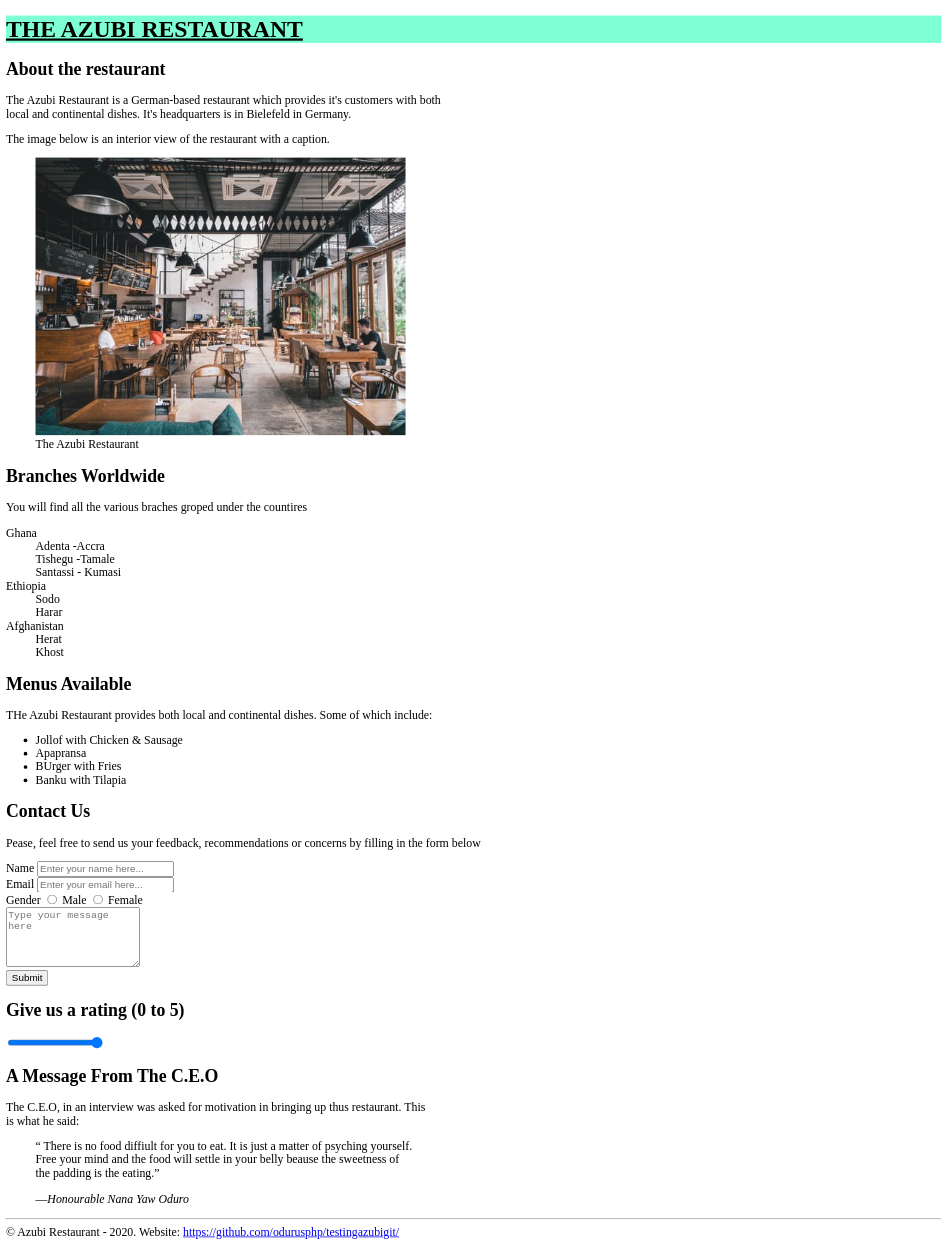
Repository: odurusphp/testingazubigit
Page: Fortune/FortunatusWulnye.html
These files come from the project's save history. The page is drawn as it stood at one moment and after the next save; the edit follows.
The browser window is 1280 px wide. The pictures show the whole page, at 74% of full size.

Above is the page before, as saved 2020-08-02 10:44:19.

### Fortune/FortunatusWulnye.html
<!--COMMENTS THAT ARE MINE ARE WRITTEN IN CAPITAL LETTERS-->
<!--THE GENERAL STRUCTURE OF THE PAGE IS GOOD WITH THE INDENTATION TOO-->
<!--THE CLASSES THAT YOU IMPLEMENTED TOO ARE GREAT KEEP IT UP-->
<!DOCTYPE html>
<html lang="en">
  <head>

    <meta charset="UTF-8" />
    <meta name="viewport" content="width=device-width, initial-scale=1.0" />
    <title>The Azubi Restaurant</title>
    <meta name="descrition" content="A website for Azubi restaurant">
    <meta name="author" content="Fortunatus Aabangbio Wulnye">
    <link rel="stylesheet" href="css/style.css">

  </head>

  <body>

    <div class="main-container" id="main-container">
      <div class="mainHeading"></div>
        <h1><u>THE AZUBI RESTAURANT</u> </h1>
      </div>

      <div class="content">
        <div class="About">
          <h2>About the restaurant</h2>
          <p>
            The Azubi Restaurant is a German-based restaurant which provides
            it's customers with both <br />
            local and continental dishes. It's headquarters is in Bielefeld in
            Germany.
          </p>
          <p>
            The image below is an interior view of the restaurant with a caption.
          </p>
          <!--IN ADDING THE IMAGE YOU TYPED OUT THE SRC WRONGLY KINDLY TAKE NOTE AND DO WELL TO REVIEW YOUR PAGE ALWAYS-->
          <figure>
            <img
              src="images/FortununatusWulnyeRestaurant.jpg"
              alt="Azubi Restaurant"
            />
            <figcaption>The Azubi Restaurant</figcaption>
          </figure>
        </div>

        <div class="branches">
          <h2>Branches Worldwide</h2>
          <p>
            You will find all the various braches groped under the countires
          </p>
          <dl>
            <dt>Ghana</dt>
            <dd>Adenta -Accra</dd>
            <dd>Tishegu -Tamale</dd>
            <dd>Santassi - Kumasi</dd>

            <dt>Ethiopia</dt>
            <dd>Sodo</dd>
            <dd>Harar</dd>

            <dt>Afghanistan</dt>
            <dd>Herat</dd>
            <dd>Khost</dd>
          </dl>
        </div>

        <div class="menus">
          <h2>Menus Available</h2>
          <p>THe Azubi Restaurant provides both local and continental dishes. Some of which include:</p>
          <ul>
            <li>Jollof with Chicken & Sausage</li>
            <li>Apapransa</li>
            <li>BUrger with Fries</li>
            <li>Banku with Tilapia</li>
          </ul>
        </div>

        <div class="Contact">
          <h2>Contact Us</h2>
          <p>Pease, feel free to send us your feedback, recommendations or concerns by filling in the form below</p>
          <form action="" method="POST">
            <label for="fname">Name</label>
            <input type="text" name="fname" placeholder ="Enter your name here..." required> <br>

            <label for="email">Email</label>
            <input type="text" name="email" placeholder ="Enter your email here..." required> <br>

            <label for="gender">Gender</label>
            <input type="radio" id="male" value="male">
            <label for="gender">Male</label>
            <input type="radio" id="female" value="female">
            <label for="gender">Female</label> <br>

            <textarea name="message" id="" cols="20" rows="5" placeholder="Type your message here"></textarea> <br/>

            <input type="submit" value="Submit"  />
          </form>

        </div>

        <div class="rating">
          <h2>Give us a rating (0 to 5)</h2>
          <div class="slider">
             <input type="range" min="0" max="5" value="50">
          </div>
        </div>

        <div class="ceomessage">
          <h2>A Message From The C.E.O</h2>
          <P>The C.E.O, in an interview was asked for motivation in bringing up thus restaurant. This<br> is what he said: <blockquote> <q> There is no food diffiult for you to eat. It is just a matter of psyching yourself.<br> Free your mind and the food
          will settle in your belly beause the sweetness of <br> the padding is the eating.</q><br> <br>
        &mdash;<cite>Honourable Nana Yaw Oduro</cite>
      </blockquote>
           </P>
        </div>
        <hr />

        <footer>
          &copy; Azubi Restaurant - 2020. Website: <a
          href="https://github.com/odurusphp/testingazubigit/">https://github.com/odurusphp/testingazubigit/</a>
        </footer>
      </div>
    </div>

  </body>
</html>

### Fortune/css/style.css
.main-container {
  background-color: aquamarine;
}

After the next save:
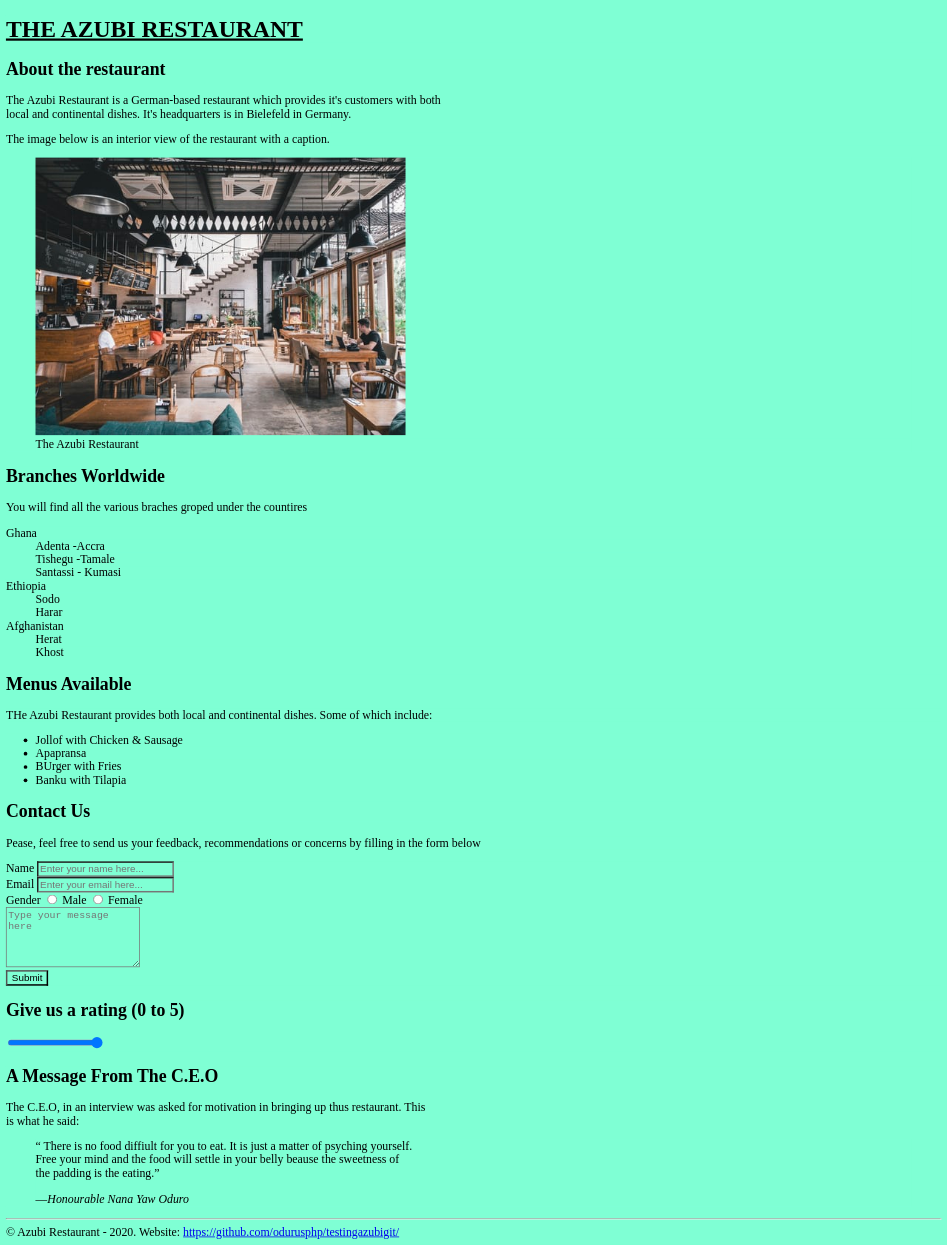
Saved 77 s later.
--- a/Fortune/css/style.css
+++ b/Fortune/css/style.css
@@ -1,3 +1,3 @@
-.main-container {
+* {
   background-color: aquamarine;
 }
